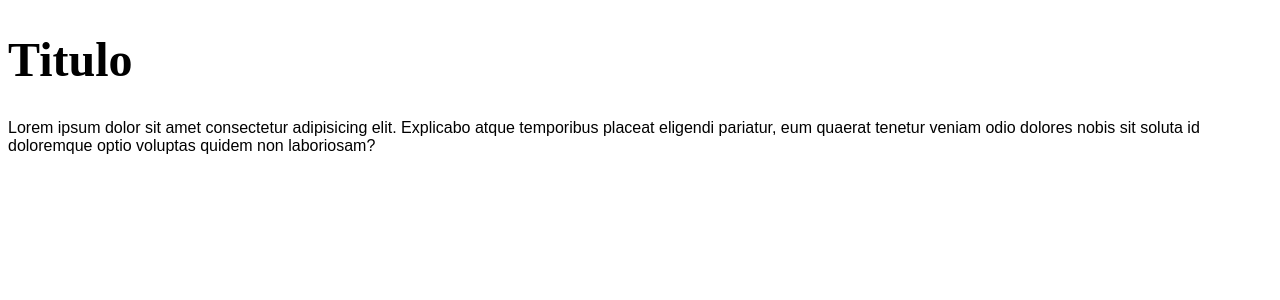
Repository: Iamjordana/html-css
Page: Html Css/Exercicios/ex018/fonte02.html
An editor plug-in stored every save of this project. The page is shown before and after the next save, followed by the edit.
The browser window is 1280 px wide. The pictures show the whole page.
Some web fonts or font styles are not loaded; a fallback is used.

Above is the page before, as saved 2025-02-18 09:39:13.

### Html Css/Exercicios/ex018/fonte02.html
<!DOCTYPE html>
<html lang="pt-br">
<head>
    <meta charset="UTF-8">
    <meta name="viewport" content="width=device-width, initial-scale=1.0">
    <title>Fontes Externas </title>
</head>
    <style>
        @font-face{
            font-family: 'October Wish';
            src: url('October Wish.otf') format(opentype);
            font-weight: normal;
            font-style: normal;
        }
        /*
            Tipos de format()
            - opentype (otf)
            - truetype (ttf)
            - embedded-opentype (eot)
            - truetype-aat (Apple Advanced Typography)
            - svg
        */
        body{
            font-family: Arial, Helvetica, sans-serif;
        }
        h1{
            font-family:'October Wish', 'Times, serif';
            font-size: 3em;
        }
    </style>

<body>
    <h1>Titulo</h1>
    <p>Lorem ipsum dolor sit amet consectetur adipisicing elit. Explicabo atque temporibus placeat eligendi pariatur, eum quaerat tenetur veniam odio dolores nobis sit soluta id doloremque optio voluptas quidem non laboriosam?</p>
</body>
</html>

After the next save:
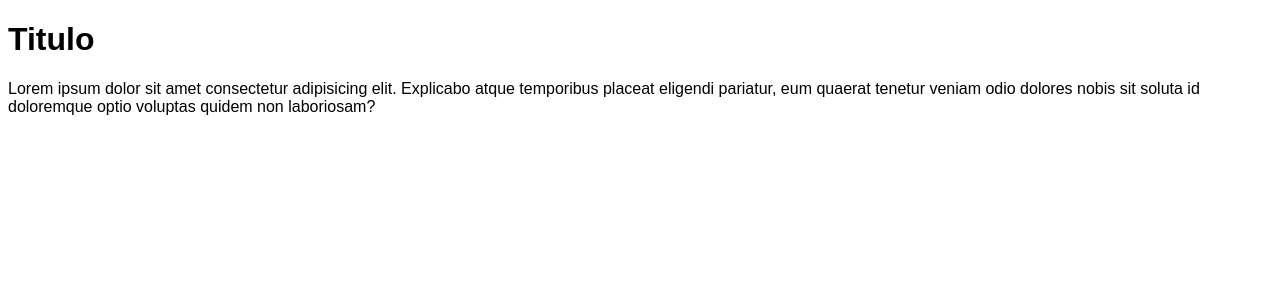
Saved 8 s later.
--- a/Html Css/Exercicios/ex018/fonte02.html
+++ b/Html Css/Exercicios/ex018/fonte02.html
@@ -24,7 +24,7 @@
             font-family: Arial, Helvetica, sans-serif;
         }
         h1{
-            font-family:'October Wish', 'Times, serif';
+            font-family:'October Wish',Times, serif';
             font-size: 3em;
         }
     </style>

After the save that followed:
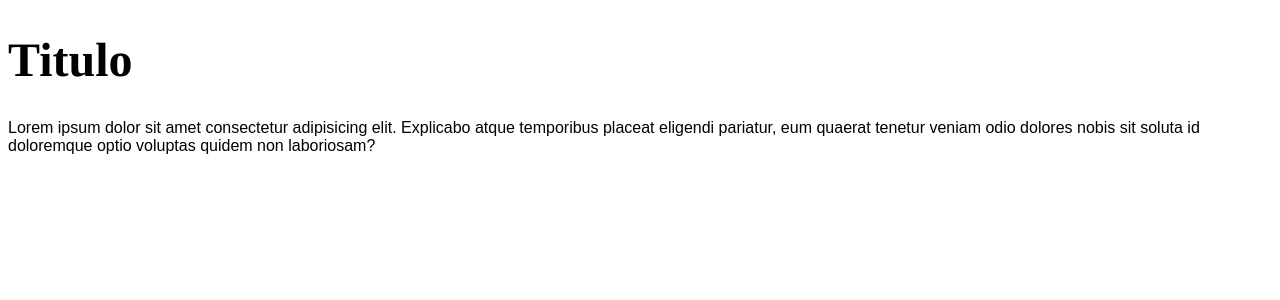
Saved 4 s later.
--- a/Html Css/Exercicios/ex018/fonte02.html
+++ b/Html Css/Exercicios/ex018/fonte02.html
@@ -24,7 +24,7 @@
             font-family: Arial, Helvetica, sans-serif;
         }
         h1{
-            font-family:'October Wish',Times, serif';
+            font-family:'October Wish',Times, serif;
             font-size: 3em;
         }
     </style>
